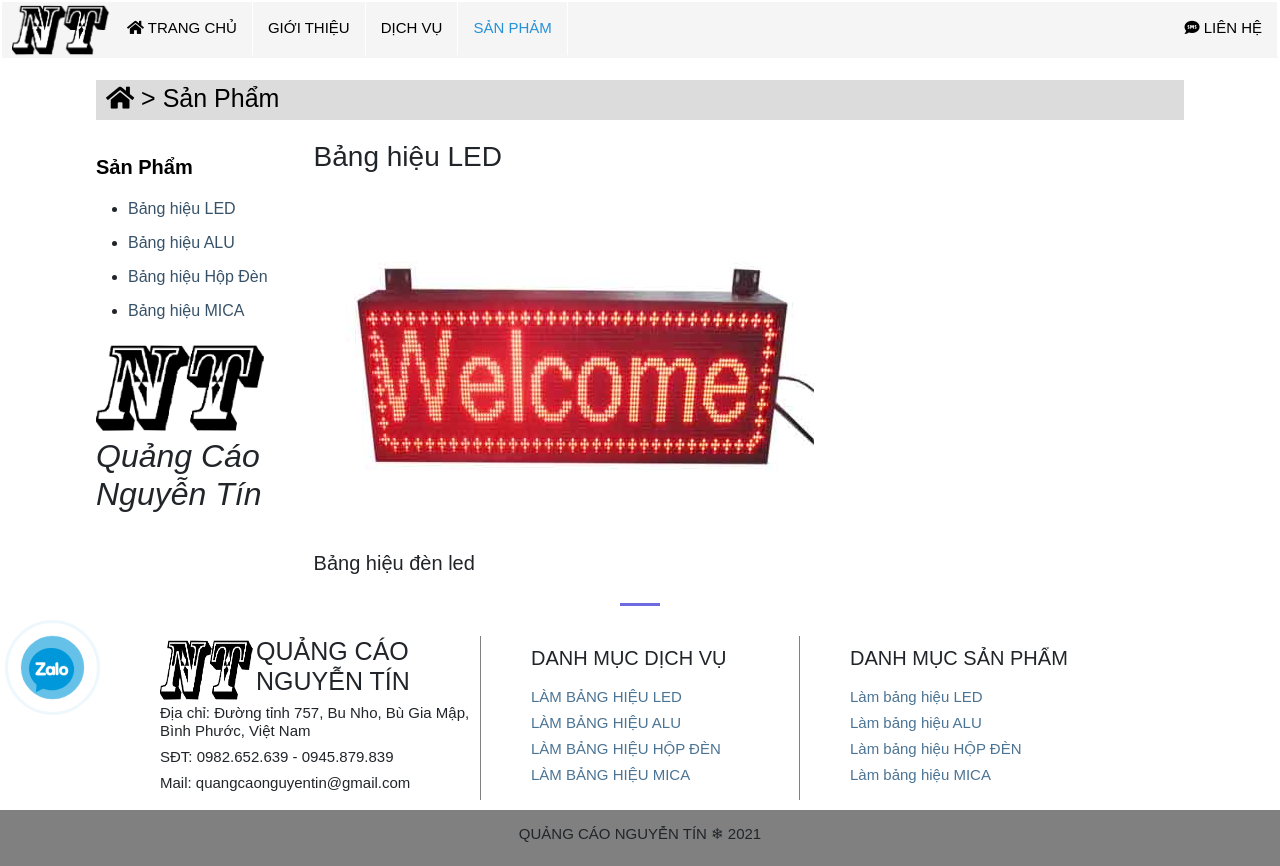
Repository: Haunguyen42193/quangcaonguyentin.github.io
Page: product.html
These files come from the project's save history. The page is drawn as it stood at one moment and after the next save; the edit follows.
The browser window is 1280 px wide. The pictures show the whole page.
Some web fonts or font styles are not loaded; a fallback is used. Some web libraries are served in a nearby version.

Above is the page before, as saved 2021-10-13 16:40:33.
Console error: ReferenceError: init is not defined

### product.html
<!DOCTYPE html>
<html lang="en">
<head>
    <meta charset="UTF-8">
    <meta http-equiv="X-UA-Compatible" content="IE=edge">
    <meta name="viewport" content="width=device-width, initial-scale=1.0">
    <meta http-equiv="refresh" content="18000"/>
    <title>Quảng Cáo Nguyễn Tín</title>
    <link rel="shotcut icon" href="images/logo2.png"/>
    <link
    rel="stylesheet"
    href="https://cdnjs.cloudflare.com/ajax/libs/animate.css/4.1.1/animate.min.css"
    />
    <!--carousel-->
    <link href="https://cdn.jsdelivr.net/npm/bootstrap@5.1.0/dist/css/bootstrap.min.css" rel="stylesheet" integrity="sha384-KyZXEAg3QhqLMpG8r+8fhAXLRk2vvoC2f3B09zVXn8CA5QIVfZOJ3BCsw2P0p/We" crossorigin="anonymous">
    <!--font awesome-->
    <link rel="stylesheet" href="https://pro.fontawesome.com/releases/v5.10.0/css/all.css" integrity="sha384-AYmEC3Yw5cVb3ZcuHtOA93w35dYTsvhLPVnYs9eStHfGJvOvKxVfELGroGkvsg+p" crossorigin="anonymous"/>
    <!--css-->
    <link rel="stylesheet" href="CSS/styleproduct.css"/>
    <!--font chữ-->
    <link rel="preconnect" href="https://fonts.googleapis.com">
    <link rel="preconnect" href="https://fonts.gstatic.com" crossorigin>
    <link href="https://fonts.googleapis.com/css2?family=K2D:wght@600&display=swap" rel="stylesheet">
    <!-- JavaScript Bundle with Popper -->
    <script src="https://cdn.jsdelivr.net/npm/bootstrap@5.1.0/dist/js/bootstrap.bundle.min.js" integrity="sha384-U1DAWAznBHeqEIlVSCgzq+c9gqGAJn5c/t99JyeKa9xxaYpSvHU5awsuZVVFIhvj" crossorigin="anonymous"></script>
    <!--Jquery-->
    <script src="Js/jquery-3.6.0.min.js"></script>
    <!--wowjs-->
    <script src="https://cdnjs.cloudflare.com/ajax/libs/wow/1.1.2/wow.min.js" integrity="sha512-Eak/29OTpb36LLo2r47IpVzPBLXnAMPAVypbSZiZ4Qkf8p/7S/XRG5xp7OKWPPYfJT6metI+IORkR5G8F900+g==" crossorigin="anonymous" referrerpolicy="no-referrer"></script>

</head>
<body onload="init()">
    <script src="Js/jsproduct.js"></script>
    <!--Menu-->
    <nav class="header-menu">
        <div class="menu">
            <div class="logo">
                <a href="homepage.html"><img src="images/logo2.png" alt="bang quang cao tiem" id="logotiem"/></a>
            </div>
            <ul>
                <li><a href="homepage.html"><i class="fas fa-home"></i> TRANG CHỦ</a></li>
                <li><a href="introduce.html">GIỚI THIỆU</a></li>
                <li class="sub"><a href="service.html">DỊCH VỤ</a>
                    <ul class="menu subcontent">
                        <li><a href="service.html#tab1" rel="service.html#LED">LÀM BẢNG HIỆU LED</a></li>
                        <li><a href="service.html#tab2" rel="service.html#ALU">LÀM BẢNG HIỆU ALU</a></li>
                        <li><a href="service.html#tab3" rel="service.html#Hd">LÀM BẢNG HIỆU HỘP ĐÈN</a></li>
                        <li><a href="service.html#tab4" rel="service.html#MICA">LÀM BẢNG HIỆU MICA</a></li>
                    </ul>
                </li>
                <li class="sub"><a href="product.html" class="chose">SẢN PHẢM</a>
                    <ul class="menu subcontent">
                        <li><a href="#">BẢNG HIỆU LED</a></li>
                        <li><a href="#">BẢNG HIỆU ALU</a></li>
                        <li><a href="#">BẢNG HIỆU HỘP ĐÈN</a></li>
                        <li><a href="#">BẢNG HIỆU MICA</a></li>
                    </ul>
                </li>
                <li><a href="contact.html"><i class="fas fa-sms"></i> LIÊN HỆ</a></li>
            </ul>
        </div>
    </nav>
    <!--page-->
    <section>
        <div class="page">
            <div>
                <a href="homepage.html" title="Trang chủ"><i class="fas fa-home"></i></a>
                <span>></span>
                <span class="move">Sản Phẩm</span>
            </div>
        </div>
    </section>
    <!--go to top-->
    <section>
        <div>
            <a id="goToTop" href="javascript:;"><i class="fas fa-chevron-up" title="GO TO TOP"></i></a>
        </div>
    </section>
    <!--zalo-->
    <section >
        <div class="zalo">
            <a href="https://zalo.me/0982652639" target="_blank"><img src="images/icon-zalo1.png"/></a>
        </div>
        <div class="zalo-circle"></div>
        <div class="zalo-circle-small"></div>
    </section>

    <!--product-->
    <section class="product">
        <div class="product-menu">
            <h5><strong>Sản Phẩm</strong></h5>
            <ul>
                <li><a href="">Bảng hiệu LED</a></li>
                <li><a href="">Bảng hiệu ALU</a></li>
                <li><a href="">Bảng hiệu Hộp Đèn</a></li>
                <li><a href="">Bảng hiệu MICA</a></li>
            </ul>
            <img src="images/logo2.png" alt="image"/>
            <h2><i>Quảng Cáo Nguyễn Tín</i></h2>
        </div>
        <div class="product-contents">
            <div class="product-content">
                <h3>Bảng hiệu LED</h3>
                <div>
                    <img src="images/led.jpg" alt="image"/>
                    <h5>Bảng hiệu đèn led</h5>
                </div>
            </div>
        </div>
    </section>
    <div class="line"></div>

    <!--foot-contact-->
    <section>
        <div class="foot-contacts">
          <div class="foot-contact">
            <img src="images/logo2.png" alt="logo" class="foot-logo" />
            <h1>QUẢNG CÁO NGUYỄN TÍN</h1>
            <h2>Địa chỉ: Đường tỉnh 757, Bu Nho, Bù Gia Mập, Bình Phước, Việt Nam</h2>
            <h2>SĐT: 0982.652.639 - 0945.879.839</h2>
            <h2>Mail: quangcaonguyentin@gmail.com</h2>
          </div>
          <div class="foot-service">
            <div class="foot-service-title">
              <h1>DANH MỤC DỊCH VỤ</h1>
            </div>
            <h2><a href="service.html#tab1" rel="service.html#LED">LÀM BẢNG HIỆU LED</a></h2>
            <h2><a href="service.html#tab2" rel="service.html#ALU">LÀM BẢNG HIỆU ALU</a></h2>
            <h2><a href="service.html#tab3" rel="service.html#Hd">LÀM BẢNG HIỆU HỘP ĐÈN</a></h2>
            <h2><a href="service.html#tab4" rel="service.html#MICA">LÀM BẢNG HIỆU MICA</a></h2>
          </div>
          <div class="foot-product">
            <div class="foot-service-title">
              <h1>DANH MỤC SẢN PHẨM</h1>
            </div>
            <h2><a href="#">Làm bảng hiệu LED</a></h2>
            <h2><a href="#">Làm bảng hiệu ALU</a></h2>
            <h2><a href="#">Làm bảng hiệu HỘP ĐÈN</a></h2>
            <h2><a href="#">Làm bảng hiệu MICA</a></h2>
          </div>
        </div>
    </section>
    <!--foot-->
    <div class="web-foot">
        <h2>QUẢNG CÁO NGUYỄN TÍN &#10052 2021</h2>
    </div>
</body>
</html>

### CSS/styleproduct.css
body {
    font-family: 'K2D', sans-serif;
    font-size: 15px;
    background-color: white;
    background-repeat: no-repeat;
    background-attachment: fixed;
    /* background:linear-gradient( #F18D9E, #E6D72A, #5BC8AC, #98DBC6); */
}
/*menu*/
.header-menu{
    width:100%;
    background-color: whitesmoke;
    padding-left: 10px;
    border: 2px solid white;
    position: fixed;
    z-index:99;
    top:0;
    left:0;

}
img#logotiem{
    width:100px;
    float:left;
}
div.menu > ul{
    display:flex;
    /* justify-content: center;
    align-items: center; */
}
div.menu ul{
    list-style-type: none;
    margin: 0;
    padding:0;
    background-color: whitesmoke;
}
div.menu ul li:last-child{
    margin-left: auto;
}
.subcontent{
    display:none;
    background: linear-gradient(gray, rgb(224, 222, 222));
}
.sub:hover .subcontent{
    display: block;
    position:absolute;
    width: 230px;
}

div.menu ul li{
    margin-bottom: 0px;
    position:relative;
    border-right: 1px solid white;
}

div.menu ul li a::before{
    content: '';
     position: absolute;
     bottom: -7px;
     left: 0px;
     width: 100%;
     height: 5px;
     background-color: #0cacdd;
     border-radius: 8px 8px 0 0;
     opacity: 0;
     transition: 0.3s;
}

div.menu ul li a:hover:before{
    opacity: 1;
    bottom:0;
}
div.menu ul li a{
    text-decoration: none;
    display: block;
    padding: 15px;
}
a:link{
    color:black;
}
a:visited{
    color:black;
}
a:hover{
    background-color: rgb(37, 32, 32);
    color: #2591d8;
}
a:active{
    color:rgb(35, 23, 201);
}

.subcontent::before{
    content: " ";
    border-width: 10px;
    border-style: solid;
    border-color:transparent transparent gray transparent;
    position: absolute;
    bottom: 100%;
    left:15%;
}
.chose{
    color: #2591d8 !important;
}
/*gototop*/
#goToTop {
    position: fixed;
    font-size: 30px;
    border-radius: 50%;
    z-index: 99;
    padding: 0 10px;
    border: 2px solid red;
    color: red;
    opacity: 0.5;
    right: 10px;
    bottom: 10px;
}
/*zalo*/
.zalo{
    position: fixed;
    z-index: 999;
    left: 29px;
    bottom: 28px;
    width: 3.5%;
}
.zalo-circle{
    position: fixed;
    z-index: 998;
    left: 15px;
    bottom: 15px;
    width: 75px;
    height: 75px;
    border: 20px solid #0098da;
    border-radius: 50%;
    opacity: 0;
    animation: zalo-ring-circle 2s infinite ease-out;
}
.zalo-circle-small{
    position: fixed;
    z-index: 998;
    left: 5px;
    bottom: 5px;
    width: 95px;
    height: 95px;
    border: 3px solid #0098da;
    border-radius: 50%;
    opacity: 0;
    animation: zalo-ring-circle-small 2s infinite ease-out;
}
.zalo img{
    width: 100%;
    animation:zalo-ring 1s infinite ease-in-out;
}
.zalo > a:hover{
    background-color: transparent;
}
@keyframes zalo-ring{
    0%{
        transform:rotate(0) scale(1) skew(1deg)
    }
    10%{
        transform:rotate(-25deg) scale(1.05) skew(1deg)
    }
    20%{
        transform:rotate(25deg) scale(1) skew(1deg)
    }
    30%{
        transform:rotate(-25deg) scale(1.05) skew(1deg)
    }
    40%{
        transform:rotate(25deg) scale(1) skew(1deg)
    }
    50%{
        transform:rotate(0) scale(1) skew(1deg)
    }
    100%{
        transform:rotate(0) scale(1) skew(1deg)
    }
}
@keyframes zalo-ring-circle{
    0%{
        transform: scale(0.8); opacity: 0.6;
    }
    50%{
        transform: scale(1); opacity: 0.6;
    }
    100%{
        transform: scale(0.8); opacity: 0.6;
    }
}
@keyframes zalo-ring-circle-small{
    0%{
        transform: scale(0.8); opacity: 0.6;
    }
    50%{
        transform: scale(1); opacity: 0.3;
    }
}
/*foot contact*/
.foot-contacts {
    display: flex;
    position: relative;
    top: 150px;
    justify-content: center;
}
.foot-contacts h2{
    font-size: 15px;
}
.foot-contact {
    display: flex;
    width: 350px;
    flex-wrap: wrap;
    width: 25%;
}
.foot-logo{
    width:30%;
}
.foot-contact h1{
    width: 50%;
    font-size: 25px;
}
.foot-service{
    position: relative;
    border-right: 1px solid gray;
    width:25%;
    padding: 0 50px;
    border-left: 1px solid gray;
}
.foot-product{
    position: relative;
    width: 25%;
    padding: 0 50px;
}
.foot-service-title h1{
    font-size: 20px;
    padding-bottom: 10px;
    padding-top: 10px;
}
.foot-contacts a{
    text-decoration: none;
}
.foot-contacts a:link{
    color: #4b7494;
}
.foot-contacts a:visited{
    color: #4b7494;
}
.foot-contacts a:hover{
    color: #0c0e0f;
    background-color: white;
}
.foot-contacts a:active{
    color: #124c79;
}
/*web foot*/
.web-foot{
    background-color: gray;
    position: relative;
    top: 100px;
    padding: 15px;
    margin-top: 60px;
}
.web-foot > h2{
    text-align: center;
    font-size: 15px;
}
/*page*/
.page{
    color: black;
    position: relative;
    top: 80px;
    width: 85%;
    margin: auto;
    height: 40px;
    background-color: gainsboro;
    font-size: 25px;
}
.page div{
    padding-left: 10px;
}
.page a:hover{
    background-color: transparent;
    color: black;
}
.line{
    height: 3px;
    background-color: rgb(109, 107, 224);
    width: 40px;
    margin: 0 auto;
    position: relative;
    top: 120px;
}
/*product*/
.product{
    position: relative;
    top: 100px;
    width: 85%;
    margin: auto;
    display: flex;
}
div.product-menu{
    width: 20%;
    margin-top: 1em;
    position: relative;
}
div.product-menu h5{
    color: rgb(0, 0, 0);
}
div.product-menu > ul > li{
    font-size: 16px;
    padding-top: 10px;
}
div.product-menu > ul > li a{
    text-decoration: none;
    color: #375268;
}

div.product-menu > ul > li a:hover{
    background-color: transparent;
    color: blue;
}
div.product-menu img{
    width: 80%;
}

### Js/jsproduct.js
$(document).ready(function() {
    wow = new WOW({
        boxClass:     'wow',      // default
        animateClass: 'animate__animated', // default
        offset:       0,          // default
        mobile:       true,       // default
        live:         true        // default
    })
    wow.init();
    $("#goToTop").hide()
    $(window).scroll(function() {

        if($(this).scrollTop() >= 90){
            $("#goToTop").show("slow");
        }
        else{
            $("#goToTop").hide("slow");
        }
    })
    $("#goToTop").click(function() {
        $("html, body").animate({
            scrollTop: 0
        }, 1000);
    })
})

Loaded but not shown: Js/jquery-3.6.0.min.js (library)

After the next save:
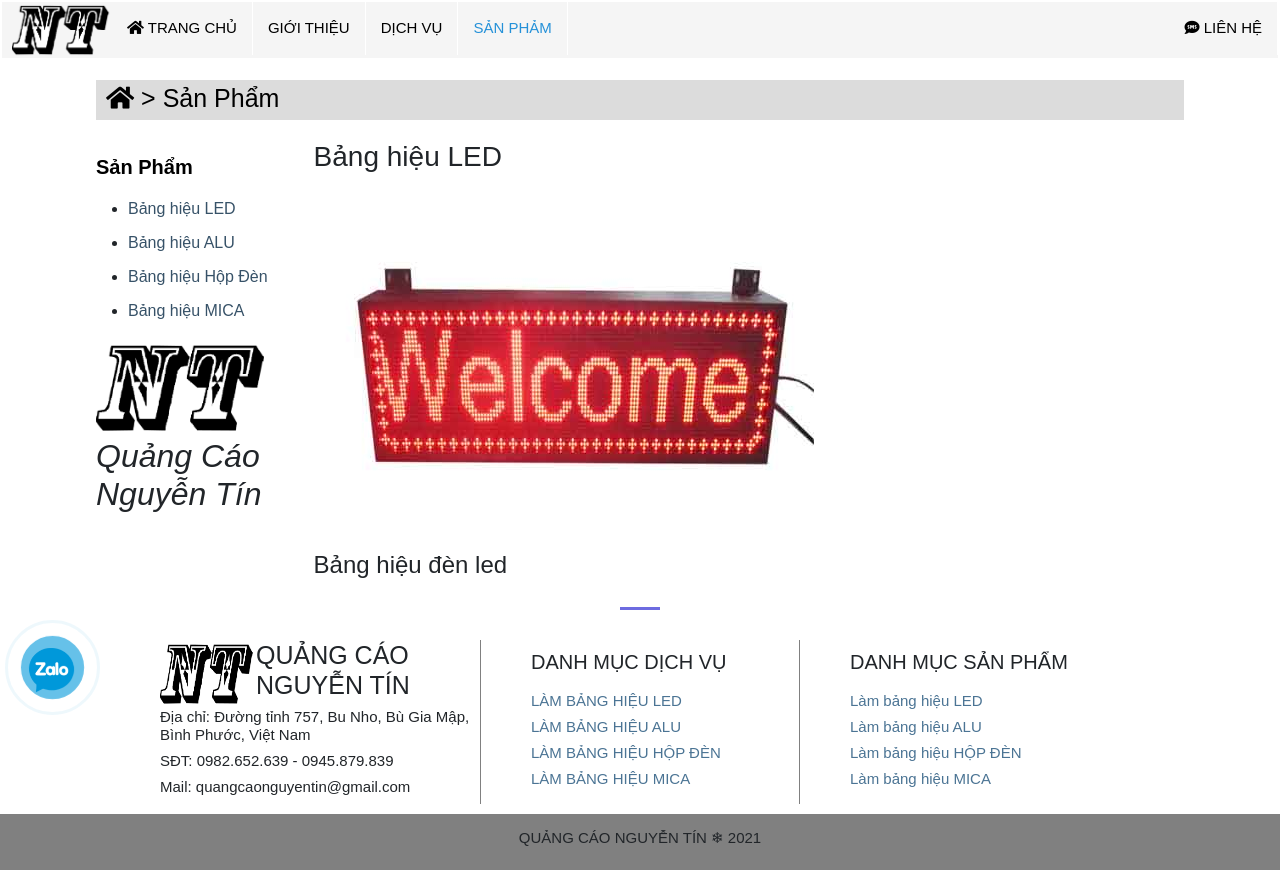
Saved 2 min 13 s later.
--- a/product.html
+++ b/product.html
@@ -103,7 +103,7 @@
                 <h3>Bảng hiệu LED</h3>
                 <div>
                     <img src="images/led.jpg" alt="image"/>
-                    <h5>Bảng hiệu đèn led</h5>
+                    <h4>Bảng hiệu đèn led</h4>
                 </div>
             </div>
         </div>
